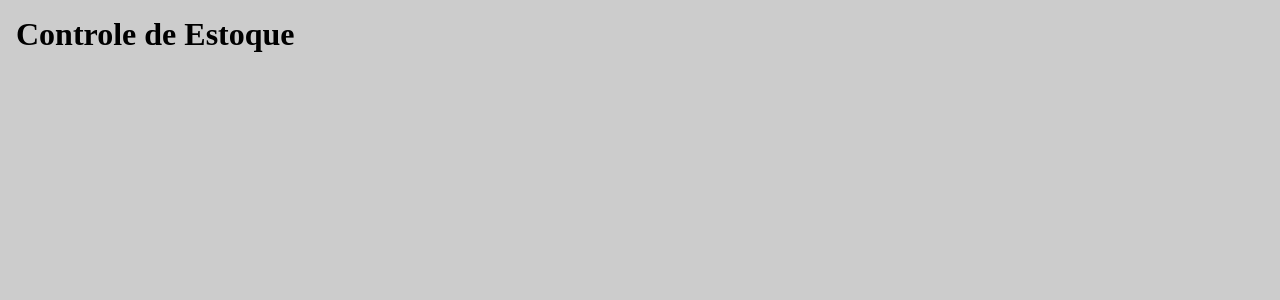
Repository: FernandoCsm-Knight/TI02
Page: Exercicios/Integracao Spark/maven.demo/form.html
An editor plug-in stored every save of this project. The page is shown before and after the next save, followed by the edit.
The browser window is 1280 px wide. The pictures show the whole page.

Above is the page before, as saved 2022-09-02 13:07:25.

After the next save:
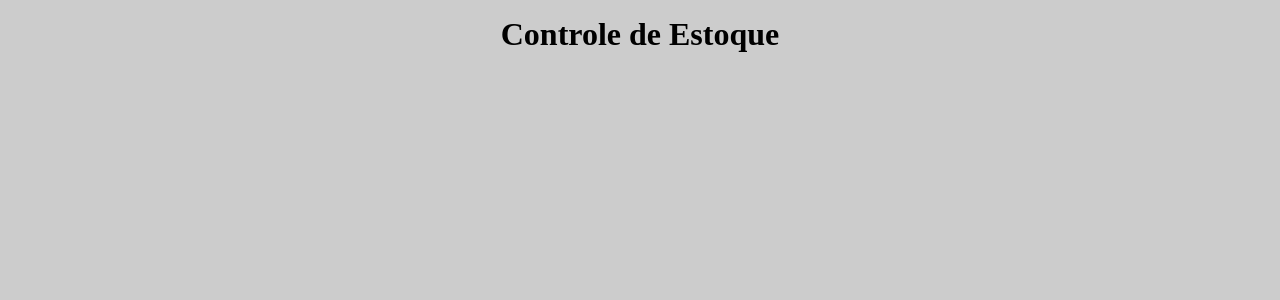
Saved 36 s later.
--- a/Exercicios/Integracao Spark/maven.demo/form.html
+++ b/Exercicios/Integracao Spark/maven.demo/form.html
@@ -15,6 +15,10 @@
 		body {
 			background-color: #cccccc;
 			padding: 1rem;
+		}
+
+		h1 {
+			text-align: center;
 		}
 
 		form {
